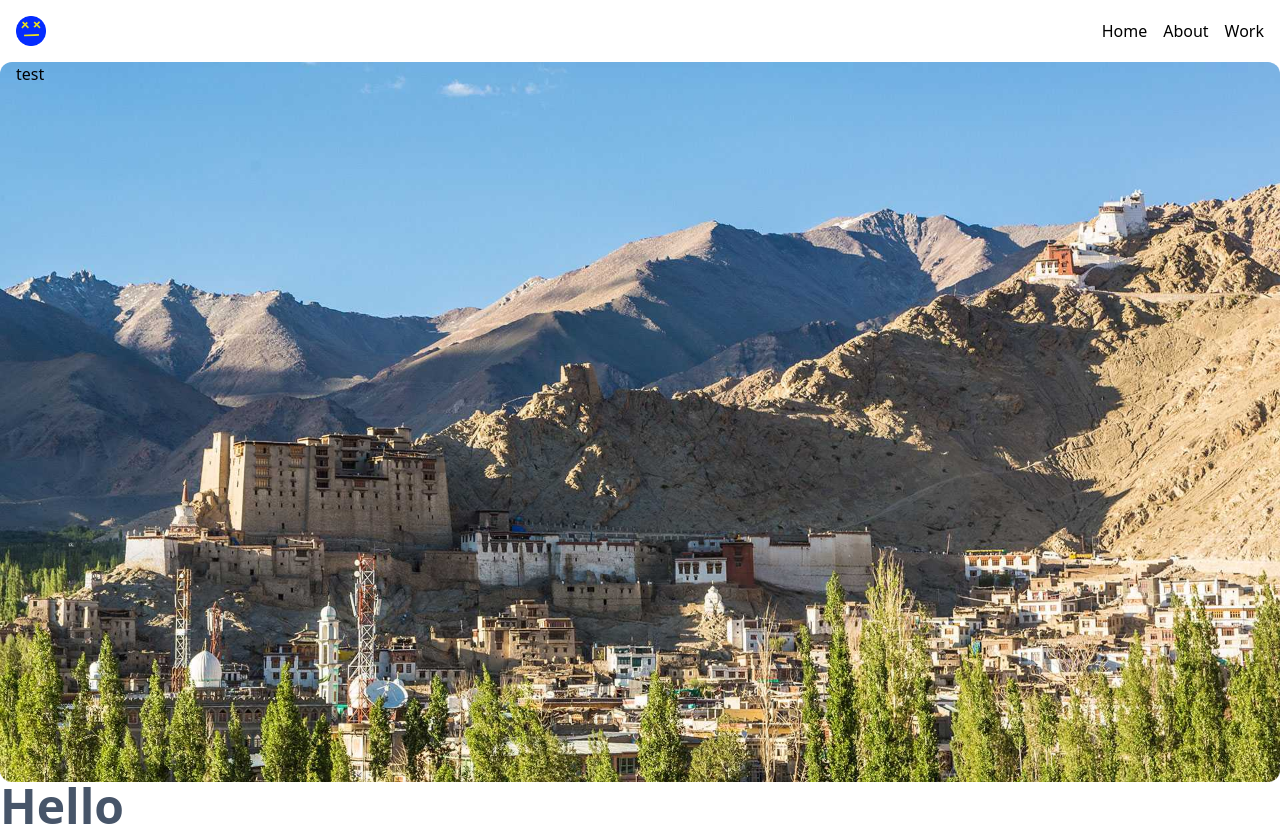
Repository: aaroncemery/aaroncemery-next
Page: /
These files come from the project's save history. The page is drawn as it stood at one moment and after a run of saves; the edit follows.
The browser window is 1280 px wide. The pictures show the whole page.
The project was rebuilt for these pictures with package versions that can differ from the ones it lists, and the page was loaded fresh each time. The framework's server and built-in components were replaced by stand-ins that run in the browser. Also part of the build but not shown: next.config.js.

Above is the page before, as saved 2022-06-13 19:20:16.

### pages/index.tsx
import type { NextPage } from 'next'
import { Fragment } from 'react'
import Image from 'next/image'
import NavIcon from '../public/nav-icon.png'
import Link from 'next/link'

const Home: NextPage = () => {
  return (
    <Fragment>
      <nav className="container flex justify-between items-center px-4 py-4">
        <Image src={NavIcon} alt={'aaroncemery icon'} height={30} width={30} />
        <ul className="flex justify-between items-center gap-4">
          <li>
            <Link href="/">Home</Link>
          </li>
          <li>
            <Link href="/about">About</Link>
          </li>
          <li>
            <Link href="/work">Work</Link>
          </li>
        </ul>
      </nav>
      <div
        className={`container px-4 aspect-video relative bg-hero-pattern rounded-xl m-auto bg-cover`}
      >
        <h1 className="z-10">test</h1>
      </div>
      <h1 className="font-sans text-5xl font-bold text-slate-600">Hello</h1>
    </Fragment>
  )
}

export default Home

### tailwind.config.js
/** @type {import('tailwindcss').Config} */
module.exports = {
  content: [
    './pages/**/*.{js,ts,jsx,tsx}',
    './components/**/*.{js,ts,jsx,tsx}',
  ],
  theme: {
    extend: {
      backgroundImage: {
        'hero-pattern': "url('/lehguidelead.jpeg')",
      },
    },
  },
  plugins: [],
}

Loaded but not shown: pages/_app.tsx (common file); styles/globals.css (common file)

After the next 2 saves:
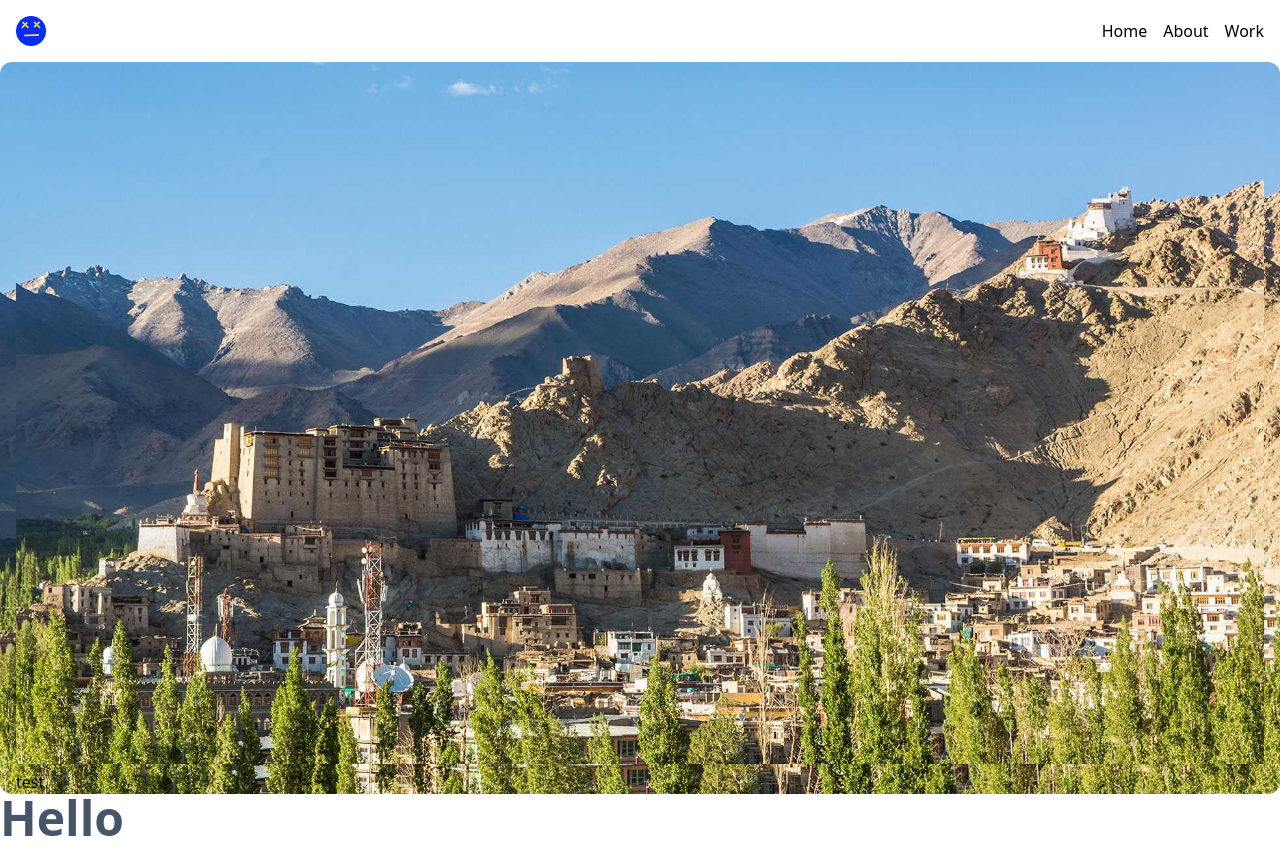
The 2 saves are shown as one change because 1 did not build or start.
The last was saved 5 min 0 s later.
--- a/pages/index.tsx
+++ b/pages/index.tsx
@@ -1,7 +1,8 @@
 import type { NextPage } from 'next'
 import { Fragment } from 'react'
 import Image from 'next/image'
-import NavIcon from '../public/nav-icon.png'
+import NavIcon from '../public/assets/nav-icon.png'
+import HeroImage from '../public/assets/lehguidelead.jpeg'
 import Link from 'next/link'
 
 const Home: NextPage = () => {
@@ -24,6 +25,7 @@ const Home: NextPage = () => {
       <div
         className={`container px-4 aspect-video relative bg-hero-pattern rounded-xl m-auto bg-cover`}
       >
+        <Image src={HeroImage} alt="hero image" />
         <h1 className="z-10">test</h1>
       </div>
       <h1 className="font-sans text-5xl font-bold text-slate-600">Hello</h1>
